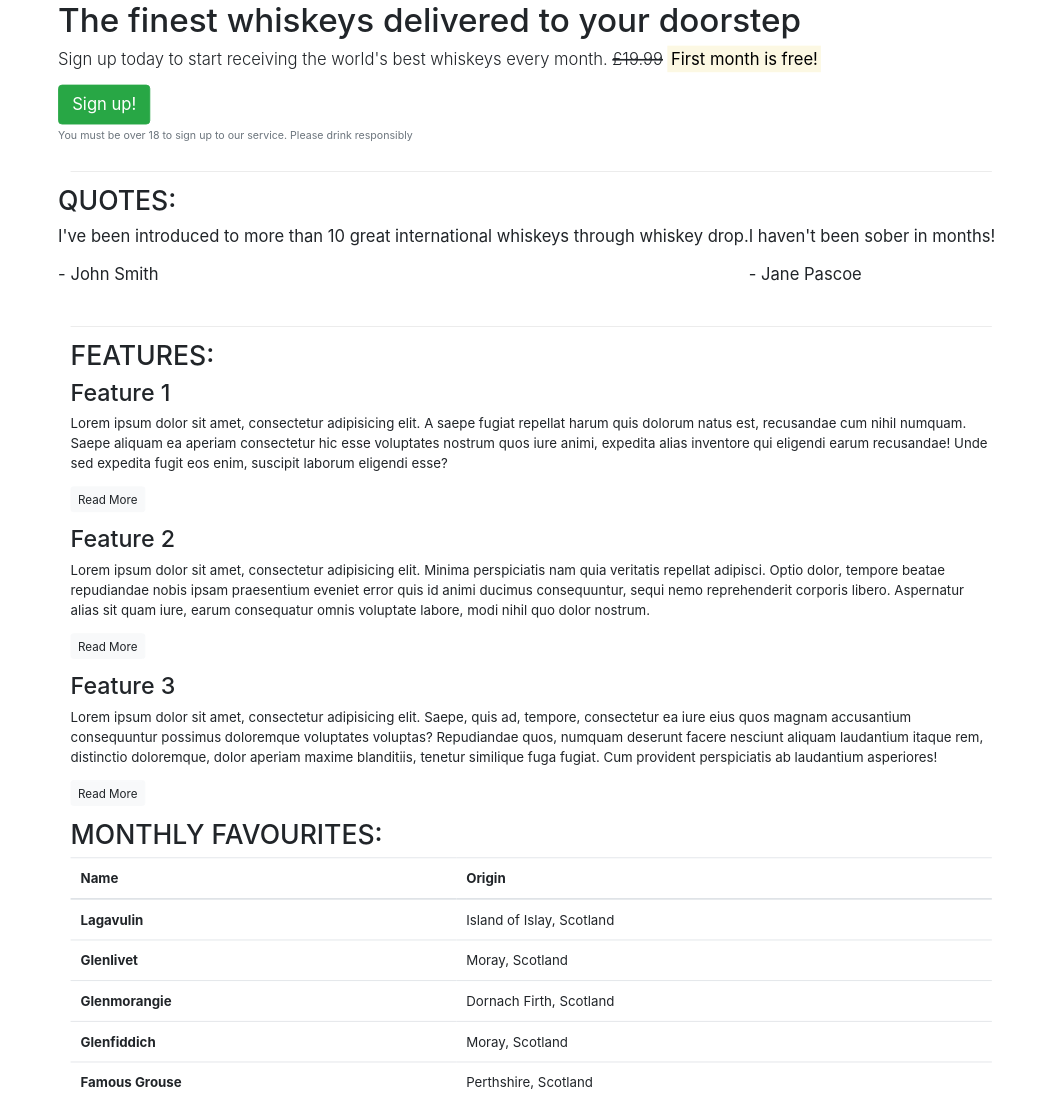
Repository: LouWills/WhiskeyDrop-bootstrap
Page: index.html
The author's editor kept a record of every edit. The page is drawn from the files as they stood at one moment, then again after the next edit.
The browser window is 1280 px wide. The pictures show the whole page, at 83% of full size.

Above is the page before.
Console error: TypeError: Cannot read properties of undefined (reading 'fn')

After the next edit:
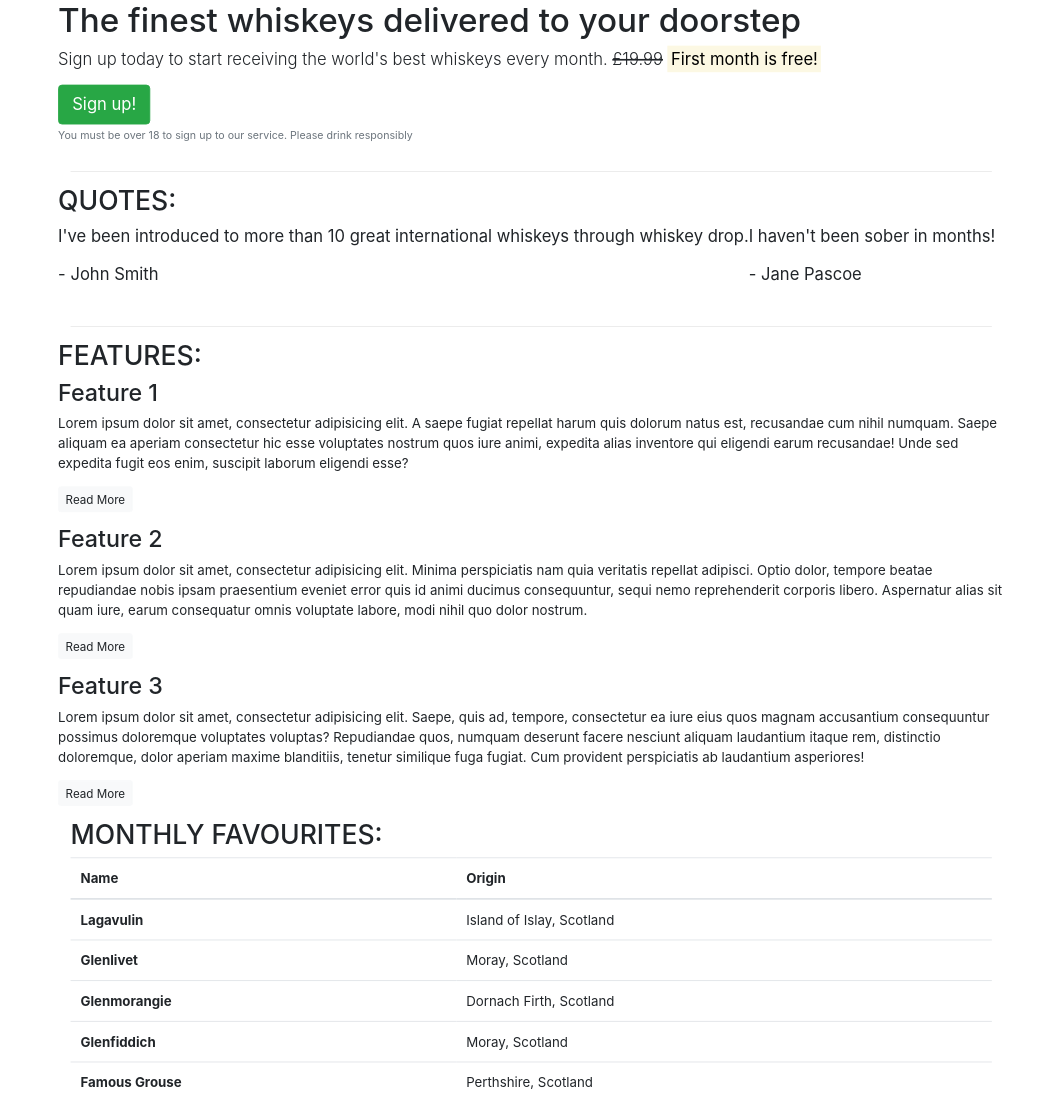
The edit:
--- a/index.html
+++ b/index.html
@@ -46,7 +46,10 @@
 
         <!--Features-->
         <section class="features">
-            <h2 class="text-uppercase">Features:</h2>
+            <div class="row">
+                <h2 class="text-uppercase">Features:</h2>
+            </div>
+            <div class="row">
             <div class="feature">
                 <h3>Feature 1</h3>
                 <p>Lorem ipsum dolor sit amet, consectetur adipisicing elit. A saepe fugiat repellat harum quis dolorum natus est, recusandae cum nihil numquam. Saepe aliquam ea aperiam consectetur hic esse voluptates nostrum quos iure animi, expedita alias inventore qui eligendi earum recusandae! Unde sed expedita fugit eos enim, suscipit laborum eligendi esse?</p>
